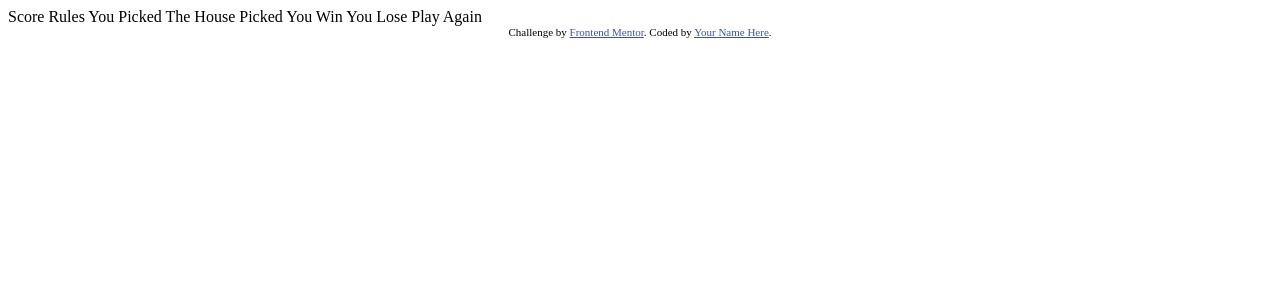
Repository: gmanprime/RPC-Challenge
Page: index.html
An editor plug-in stored every save of this project. The page is shown before and after a run of saves, followed by the edit.
The browser window is 1280 px wide. The pictures show the whole page.

Above is the page before, as saved 2021-03-23 12:35:58.

After the next 2 saves:
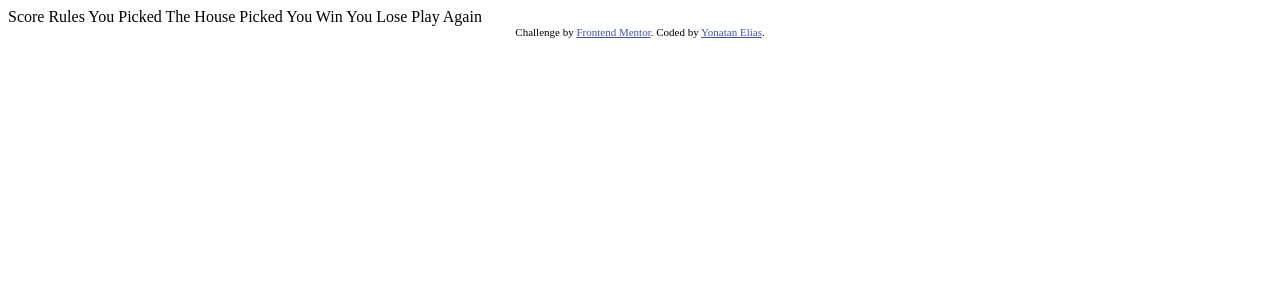
The 2 saves are shown as one change because they came seconds apart.
The last was saved 109 days later.
--- a/index.html
+++ b/index.html
@@ -31,7 +31,7 @@
 
   <div class="attribution">
     Challenge by <a href="https://www.frontendmentor.io?ref=challenge" target="_blank">Frontend Mentor</a>.
-    Coded by <a href="#">Your Name Here</a>.
+    Coded by <a href="#">Yonatan Elias</a>.
   </div>
 </body>
 </html>
